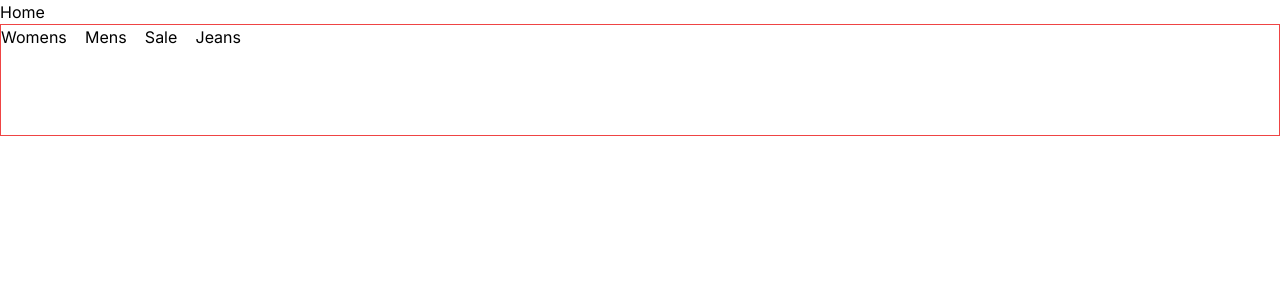
Repository: harrywebb21/stil-clothing
Page: /
An editor plug-in stored every save of this project. The page is shown before and after the next save, followed by the edit.
The browser window is 1280 px wide. The pictures show the whole page.
The project was rebuilt for these pictures with package versions that can differ from the ones it lists, and the page was loaded fresh each time. The framework's server and built-in components were replaced by stand-ins that run in the browser. Also part of the build but not shown: next.config.js.

Above is the page before, as saved 2023-06-08 15:43:14.

### src/app/page.js
"use client";
import Image from "next/image";
import Navbar from "./components/Navbar";

export default function Home() {
  return (
    <div>
      <h1>Home</h1>
      <Navbar />
    </div>
  );
}

### src/app/components/Navbar.js
export default function Navbar() {
  return (
    <div className=" border border-red-500 h-28">
      <ul className=" flex justify-between w-60">
        <li>
          <a href="/womens">Womens</a>
        </li>
        <li>
          <a href="/mens">Mens</a>
        </li>
        <li>
          <a href="/sale">Sale</a>
        </li>
        <li>
          <a href="/jeans">Jeans</a>
        </li>
      </ul>
    </div>
  );
}

Loaded but not shown: src/app/layout.js (common file); src/app/globals.css (common file); tailwind.config.js (common file)

After the next save:
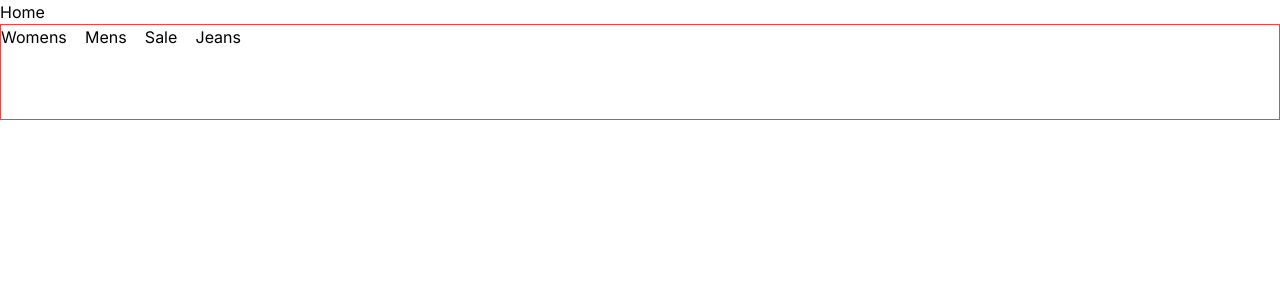
Saved 22 s later.
--- a/src/app/components/Navbar.js
+++ b/src/app/components/Navbar.js
@@ -1,6 +1,6 @@
 export default function Navbar() {
   return (
-    <div className=" border border-red-500 h-28">
+    <div className=" border border-red-500 h-24">
       <ul className=" flex justify-between w-60">
         <li>
           <a href="/womens">Womens</a>

After the save that followed:
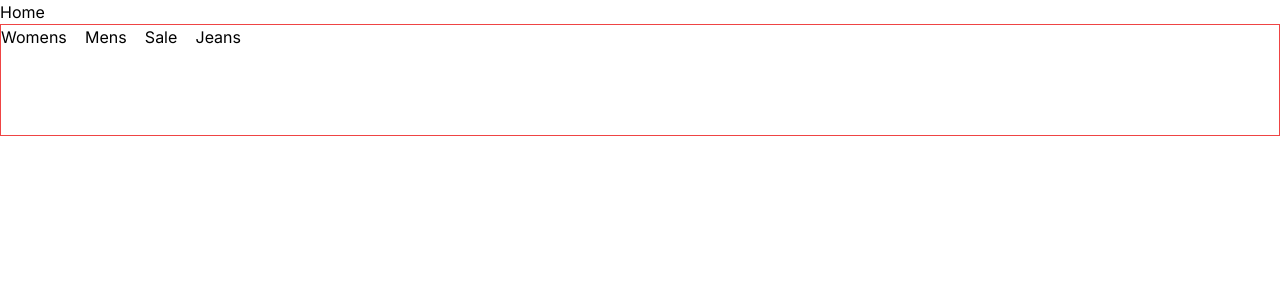
Saved 12 s later.
--- a/src/app/components/Navbar.js
+++ b/src/app/components/Navbar.js
@@ -1,6 +1,6 @@
 export default function Navbar() {
   return (
-    <div className=" border border-red-500 h-24">
+    <div className=" border border-red-500 h-28">
       <ul className=" flex justify-between w-60">
         <li>
           <a href="/womens">Womens</a>
